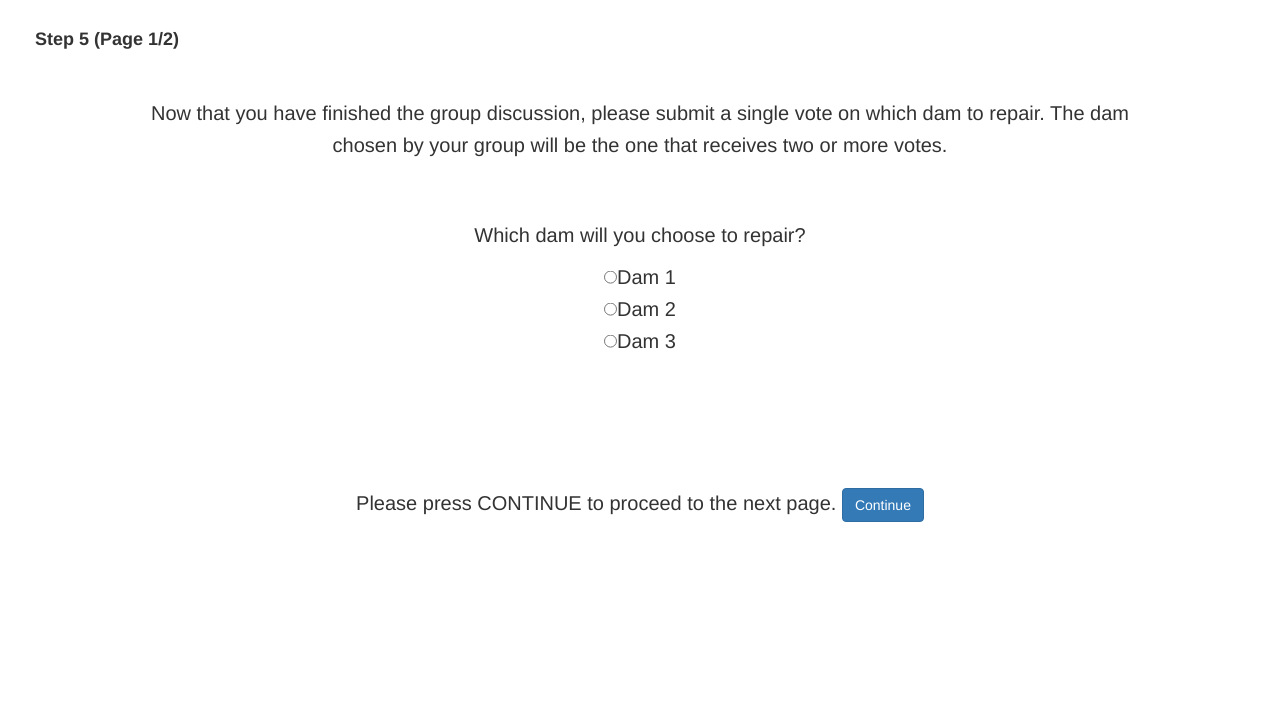
Repository: zmikaya/behavecon
Page: templates/group/Free3Dams/Free3Dams_p20.html
The author's editor kept a record of every edit. The page is drawn from the files as they stood at one moment, then again after the next edit.
The browser window is 1280 px wide. The pictures show the whole page.
The template is drawn by Django 2.2. The application's start-up code is not run. Other server files are loaded and not shown. The template is opened directly, without the code that normally fills it, so the values that code supplies are empty.

Above is the page before.
Console error: TypeError: Cannot read properties of null (reading 'getAttribute')

### templates/group/Free3Dams/Free3Dams_p20.html
{% extends 'free3dams-base.html' %}
{% load staticfiles %}

{% block body_block %}
    <!-- Page Content -->
    <div id="page-content-wrapper">
        <div class="container-fluid">
            <div class="progess-northwest">
                <h4><b>Step 5 (Page 1/2)</b></h4>
            </div>
            <div class="row">
                <div class="col-lg-1"></div>
                <div class="col-lg-10 center">
                    <p class="no-margin">Now that you have finished the group
                        discussion, please submit a single vote on which dam to
                        repair. The dam chosen by your group will be the one
                        that receives two or more votes.
                        <!--Payment-->
                        {% if payment_flag %}
                        Remember that if your
                        group makes the correct decision, each participant
                        in your group will earn an extra $5.
                        {% endif %}
                        <!--Payment-->
                    <div class="center">
                        <form class="table-3-center" action="">
                        <p>Which dam will you choose to repair?</p>
                        <input type="radio" name="finalDamChoice" value="Dam 1">Dam 1<br>
                        <input type="radio" name="finalDamChoice" value="Dam 2">Dam 2<br>
                        <input type="radio" name="finalDamChoice" value="Dam 3">Dam 3
                    </form>
                    </div>
                </div>
            </div>
            <div class="row">
                <div class="col-lg-12 center">
                    <div>
                        <p class="inline continue">Please press CONTINUE to proceed to the next page.</p>
                        <!--<button type="button" class="btn btn-primary next" onclick="ajaxGetPage('p25')">Continue</button>-->
                        <a id="continue" class="btn btn-primary next"  data-toggle="modal" data-target="#myModal">Continue</a>
                    </div>
                </div>
            </div>
            <!-- Modal -->
                  <div class="modal fade" id="myModal" role="dialog">
                    <div class="modal-dialog modal-sm">
                      <div class="modal-content">
                        <div class="modal-header">
                          <button type="button" class="close" data-dismiss="modal">&times;</button>
                          <h4 class="modal-title">Incomplete Response</h4>
                        </div>
                        <div class="modal-body">
                          <p id="incorrect">You must answer all of the questions.</p>
                        </div>
                        <div class="modal-footer">
                          <button type="button" class="btn btn-default" data-dismiss="modal">Close</button>
                        </div>
                      </div>
                    </div>
                  </div>
                    <!--<a href="#menu-toggle" class="btn btn-default" id="menu-toggle">Toggle Menu</a>-->
        </div>
    </div>
    <!-- /#page-content-wrapper -->
    <script type="text/javascript">
        var responses = {};
        $("input").on( "click",
            function() {
                $("input:checked").each(
                    function(){
                        var index = $(this).attr("name")
                        responses[index] = this.value;
                    }
                )
                checkContinue();
            }
        );

        function checkContinue() {
            if (Object.keys(responses).length == 1){
                // $("#continue").attr("onclick", "ajaxGetPage('p16', responses)")
                $("#continue").attr("onclick", "ajaxSendData('p21', responses)")
                $("#continue").attr("href", "/Free3Dams/p21")
                $("#continue").removeAttr("data-toggle")
                $("#continue").removeAttr("data-target")
            }
            else {
                $("#incorrect").text("You must answer all of the questions.")
                // $("#continue").removeAttr("onclick")
                $("#continue").removeAttr("onclick")
                $("#continue").removeAttr("href")
                $("#continue").attr("data-toggle", "modal")
                $("#continue").attr("data-target", "#myModal")

            }
        }
    </script>
{% endblock %}

### templates/free3dams-base.html
<!DOCTYPE html>
{% load staticfiles %}
<html lang="en">

<head>

    <meta charset="utf-8">
    <meta http-equiv="X-UA-Compatible" content="IE=edge">
    <meta name="viewport" content="width=device-width, initial-scale=1">
    <meta name="description" content="">
    <meta name="author" content="">

    <title>BehaveCon</title>

    <!-- Bootstrap Core CSS -->
    <link href="{% static "css/bootstrap.min.css" %}" rel="stylesheet">

    <!-- Custom CSS -->
    <link href="{% static "css/simple-sidebar.css" %}" rel="stylesheet">

    <link href="{% static "css/style.css" %}" rel="stylesheet">

    <script src="{% static "js/jquery.js" %}"></script>

    <script src="{% static "js/embed.js" %}" type="text/javascript"></script>

    <!-- HTML5 Shim and Respond.js IE8 support of HTML5 elements and media queries -->
    <!-- WARNING: Respond.js doesn't work if you view the page via file:// -->
    <!--[if lt IE 9]>
        <script src="https://oss.maxcdn.com/libs/html5shiv/3.7.0/html5shiv.js"></script>
        <script src="https://oss.maxcdn.com/libs/respond.js/1.4.2/respond.min.js"></script>
    <![endif]-->

</head>

<body>

    <!--<div id="wrapper">-->

        <!-- Sidebar -->
    <!--    <div id="sidebar-wrapper">-->
    <!--        <ul class="sidebar-nav">-->
    <!--            <li class="sidebar-brand">-->
    <!--                <a href="#">-->
    <!--                    Start Bootstrap-->
    <!--                </a>-->
    <!--            </li>-->
    <!--            <li>-->
    <!--                <a href="#">Dashboard</a>-->
    <!--            </li>-->
    <!--            <li>-->
    <!--                <a href="#">Shortcuts</a>-->
    <!--            </li>-->
    <!--            <li>-->
    <!--                <a href="#">Overview</a>-->
    <!--            </li>-->
    <!--            <li>-->
    <!--                <a href="#">Events</a>-->
    <!--            </li>-->
    <!--            <li>-->
    <!--                <a href="#">About</a>-->
    <!--            </li>-->
    <!--            <li>-->
    <!--                <a href="#">Services</a>-->
    <!--            </li>-->
    <!--            <li>-->
    <!--                <a href="#">Contact</a>-->
    <!--            </li>-->
    <!--        </ul>-->
    <!--    </div>-->
        <!-- /#sidebar-wrapper -->

        <!-- Page Content -->
        {% block body_block %}{% endblock %}
    <!-- /#wrapper -->

    <!-- jQuery -->
    <script src="{% static "js/jquery.js" %}"></script>

    <!-- Bootstrap Core JavaScript -->
    <script src="{% static "js/bootstrap.min.js" %}"></script>

    <script src="{% static "js/scriptfree.js" %}"></script>

    <!-- Menu Toggle Script -->
    <script>
    $("#menu-toggle").click(function(e) {
        e.preventDefault();
        $("#wrapper").toggleClass("toggled");
    });
    </script>

</body>

</html>

### static/css/simple-sidebar.css
/*!
 * Start Bootstrap - Simple Sidebar HTML Template (http://startbootstrap.com)
 * Code licensed under the Apache License v2.0.
 * For details, see http://www.apache.org/licenses/LICENSE-2.0.
 */

/* Toggle Styles */

#wrapper {
    padding-left: 0;
    -webkit-transition: all 0.5s ease;
    -moz-transition: all 0.5s ease;
    -o-transition: all 0.5s ease;
    transition: all 0.5s ease;
}

#wrapper.toggled {
    padding-left: 250px;
}

#sidebar-wrapper {
    z-index: 1000;
    position: fixed;
    left: 250px;
    width: 0;
    height: 100%;
    margin-left: -250px;
    overflow-y: auto;
    background: #000;
    -webkit-transition: all 0.5s ease;
    -moz-transition: all 0.5s ease;
    -o-transition: all 0.5s ease;
    transition: all 0.5s ease;
}

#wrapper.toggled #sidebar-wrapper {
    width: 250px;
}

#page-content-wrapper {
    width: 100%;
    position: absolute;
    padding: 15px;
}

#wrapper.toggled #page-content-wrapper {
    position: absolute;
    margin-right: -250px;
}

/* Sidebar Styles */

.sidebar-nav {
    position: absolute;
    top: 0;
    width: 250px;
    margin: 0;
    padding: 0;
    list-style: none;
}

.sidebar-nav li {
    text-indent: 20px;
    line-height: 40px;
}

.sidebar-nav li a {
    display: block;
    text-decoration: none;
    color: #999999;
}

.sidebar-nav li a:hover {
    text-decoration: none;
    color: #fff;
    background: rgba(255,255,255,0.2);
}

.sidebar-nav li a:active,
.sidebar-nav li a:focus {
    text-decoration: none;
}

.sidebar-nav > .sidebar-brand {
    height: 65px;
    font-size: 18px;
    line-height: 60px;
}

.sidebar-nav > .sidebar-brand a {
    color: #999999;
}

.sidebar-nav > .sidebar-brand a:hover {
    color: #fff;
    background: none;
}

@media(min-width:768px) {
    #wrapper {
        padding-left: 250px;
    }

    #wrapper.toggled {
        padding-left: 0;
    }

    #sidebar-wrapper {
        width: 250px;
    }

    #wrapper.toggled #sidebar-wrapper {
        width: 0;
    }

    #page-content-wrapper {
        padding: 20px;
        position: relative;
    }

    #wrapper.toggled #page-content-wrapper {
        position: relative;
        margin-right: 0;
    }
}

### static/css/style.css
.center {
    text-align: center;
    font-size: 20px;
    margin-top: 3%;
    line-height: 160%;
}

.left-align {
    font-size: 20px;
    margin-top: 3%;
    line-height: 160%;
}

.left-align-width {
    font-size: 20px;
    margin-top: 3%;
    line-height: 160%;
    width: 80% !important;
}

.left-align-no-margin {
    font-size: 20px;
    margin-top: 0;
    line-height: 160%;
}

.inline {
    display: inline-block;
}

.continue {
    margin-top: 10%;
}

.text {
    font-size: 20px;
    line-height: 160%;
}

.left {
    margin-top: 3%;
    width: 50%;
    float: left;
}

.right {
    margin-top: 3%;
    width: 50%;
    float: right;
}

.damTable {
    max-height: 100%;
    max-width: 100%;
    margin-top: 15%;
}

.damContinue {
    float: right;
    font-size: 20px;
    padding-right: 5%;
}

.bullet-points li {
    margin-bottom: 2%;
}

.practice-ml-row{
    height: 150px;
    border-bottom: thick solid #A69F9F;
}

.col-md-6 p{
    margin: 0;
    transform: translateY(50%);
}

.table-center {
    transform: translateY(50%);
}

.table-3-center {
    transform: translateY(20%);
}

.list-no-style {
    list-style-type: none;
}

.list-inline {
    vertical-align: top;
}

.table-inline {
    display: inline-block;
}
.border{
    height: 100%;
    border-left: thick solid #A69F9F;
}

.no-margin {
    margin: 0;
}

.chat {
    margin-top: 4%;
}

.enterinfo {
    width: 15%;
}

.error-msg {
    color: red;
}

.npresent {
    padding-left: 35px;
}



#leftAnswers {
    margin-top: 5%;
}

#black-border {
    border: solid black;
}

### static/js/embed.js
function tlkioOnload() {
    var target_element  = document.getElementById('tlkio'),
        channel_name    = target_element.getAttribute('data-channel'),
        custom_css_path = target_element.getAttribute('data-theme'),
        nickname        = target_element.getAttribute('data-nickname'),
        iframe          = document.createElement('iframe');

    // var iframe_src = 'http://embed.lvh.me:3000/' + channel_name,
    var iframe_src = '//embed.tlk.io/' + channel_name,
        iframe_query = [];


    if (custom_css_path && custom_css_path.length > 0) {
      iframe_query.push('custom_css_path=' + custom_css_path);
    }

    if (nickname && nickname.length > 0) {
      iframe_query.push('nickname=' + nickname);
    }

    if (iframe_query.length > 0) {
      iframe_src += '?' + iframe_query.join('&')
    }

    iframe.setAttribute('src', iframe_src);
    iframe.setAttribute('width', '100%');
    iframe.setAttribute('height', '100%');
    iframe.setAttribute('frameborder', '0');
    iframe.setAttribute('style', 'margin-bottom: -8px;');

    var current_style = target_element.getAttribute('style');
    target_element.setAttribute('style', 'overflow: auto; -webkit-overflow-scrolling: touch;' + current_style);

    target_element.appendChild(iframe);
};

### static/js/scriptfree.js
var url = "/Free3Dams/"

function getCookie(name) {
    var cookieValue = null;
    if (document.cookie && document.cookie != '') {
        var cookies = document.cookie.split(';');
        for (var i = 0; i < cookies.length; i++) {
            var cookie = jQuery.trim(cookies[i]);
            // Does this cookie string begin with the name we want?
            if (cookie.substring(0, name.length + 1) == (name + '=')) {
                cookieValue = decodeURIComponent(cookie.substring(name.length + 1));
                break;
            }
        }
    }
    return cookieValue;
}


// $('.next').click(function(){
//     var csrftoken = getCookie('csrftoken');
//     var id = $("#enterid").val();
//     var page = $(this).attr('id')+'/';
//     $.ajax({
//       type: "POST",
//       url: url + page,
//       data: {
//           'id': id,
//           'csrfmiddlewaretoken': csrftoken
//         },
//         success: nextPage,
//         dataType: 'html'
//     });
// });

function dictToList(dict) {
    var keys = Object.keys(dict).sort()
    var data = [];
    for (var i=0; i<keys.length; i++) {
        data.push(dict[keys[i]]);
    }
    return data
}

function ajaxGetPage(page, data){
    var csrftoken = getCookie('csrftoken');
    console.log(url+page)
    var id = $("#enterid").val();
    // var page = $(this).attr('id')+'/';
    if (data) {
        var out = JSON.stringify(dictToList(data));
        console.log(out)
        $.ajax({
          type: "POST",
          url: url + page,
          data: {
              'data': out,
              'csrfmiddlewaretoken': csrftoken
            },
            success: nextPage,
            dataType: 'html'
        });
    }
    else {
        $.ajax({
          type: "POST",
          url: url + page,
          data: {
              'id': id,
              'csrfmiddlewaretoken': csrftoken
            },
            success: nextPage,
            dataType: 'html'
        });
    }
};

function ajaxSendData(page, data){
    var csrftoken = getCookie('csrftoken');
    console.log(url+page)
    var id = $("#enterid").val();
    // var page = $(this).attr('id')+'/';
    if (data) {
        var out = JSON.stringify(dictToList(data));
        console.log(out)
        $.ajax({
          type: "POST",
          url: url + page,
          data: {
              'data': out,
              'csrfmiddlewaretoken': csrftoken
            },
            success: emptyReturn,
            dataType: 'html'
        });
    }
}


function emptyReturn(data, textStatus, jqXHR){
    // var data = $.parseHTML(data);
    // console.log(data)
    // $("html").empty();
    // for(var i=0; i<data.length; i++){
    //     $("html").append(data[i])
    // }
    // if (tlkioOnload) {
    //     tlkioOnload();
    // }
}

// if (tlkioOnload) {
//     tlkioOnload();
// }


// handles the returned html/data from Django
// clears existing body, then replaces it with returned html
var test = null;
function nextPage(data, textStatus, jqXHR){
    test = data;
    var data = $.parseHTML(data);
    console.log(data)
    $("html").empty();
    for(var i=0; i<data.length; i++){
        $("html").append(data[i])
    }
    if (tlkioOnload) {
        tlkioOnload();
    }
}

if (tlkioOnload) {
    tlkioOnload();
}

Loaded but not shown: static/css/bootstrap.min.css (library); static/js/jquery.js (library); static/js/bootstrap.min.js (library)

After the next edit:
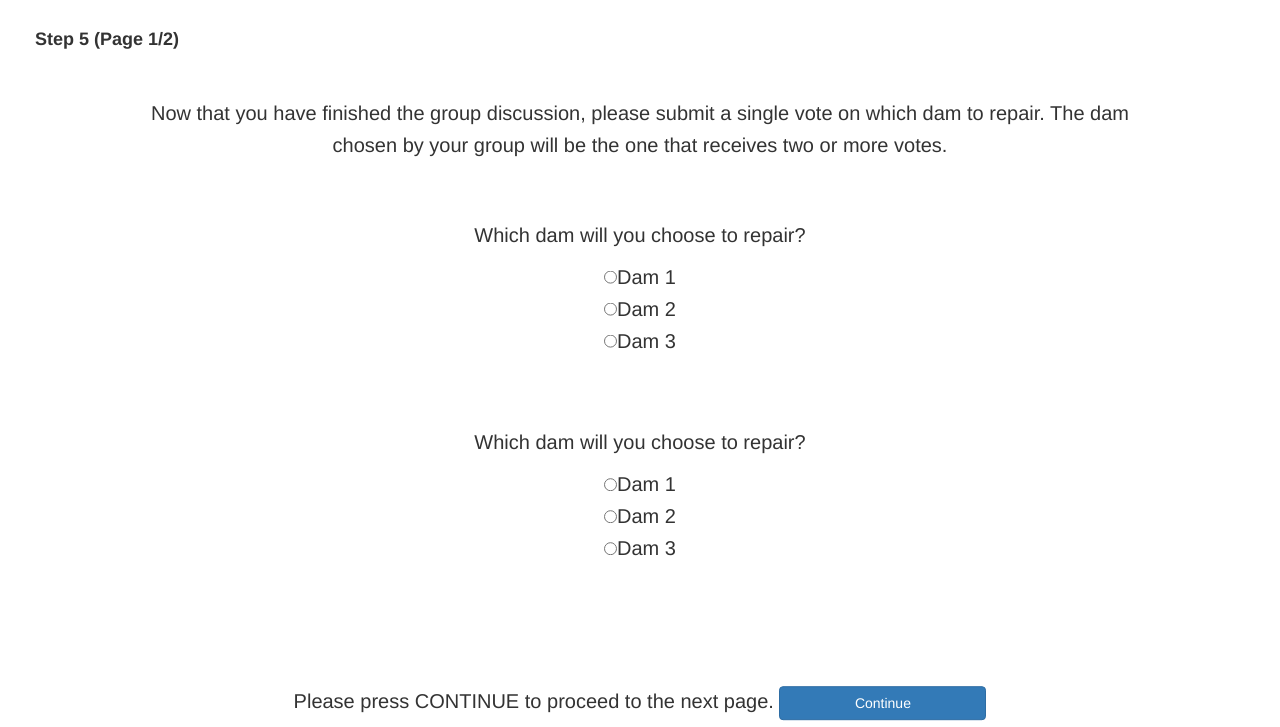
The edit:
--- a/templates/group/Free3Dams/Free3Dams_p20.html
+++ b/templates/group/Free3Dams/Free3Dams_p20.html
@@ -35,9 +35,18 @@
             <div class="row">
                 <div class="col-lg-12 center">
                     <div>
-                        <p class="inline continue">Please press CONTINUE to proceed to the next page.</p>
+                        <form class="table-3-center" action="/Category3Dams/p21" method="post">
+                            {% csrf_token %}
+                            <p>Which dam will you choose to repair?</p>
+                            <input type="radio" name="damChoice" value="Dam 1">Dam 1<br>
+                            <input type="radio" name="damChoice" value="Dam 2">Dam 2<br>
+                            <input type="radio" name="damChoice" value="Dam 3">Dam 3<br>
+                            <p class="inline continue">Please press CONTINUE to proceed to the next page.</p>
+                            <input id="continue" class="btn btn-primary next" data-toggle="modal" data-target="#myModal" value="Continue">
+                        </form>
+                        <!--<p class="inline continue">Please press CONTINUE to proceed to the next page.</p>-->
                         <!--<button type="button" class="btn btn-primary next" onclick="ajaxGetPage('p25')">Continue</button>-->
-                        <a id="continue" class="btn btn-primary next"  data-toggle="modal" data-target="#myModal">Continue</a>
+                        <!--<a id="continue" class="btn btn-primary next"  data-toggle="modal" data-target="#myModal">Continue</a>-->
                     </div>
                 </div>
             </div>
